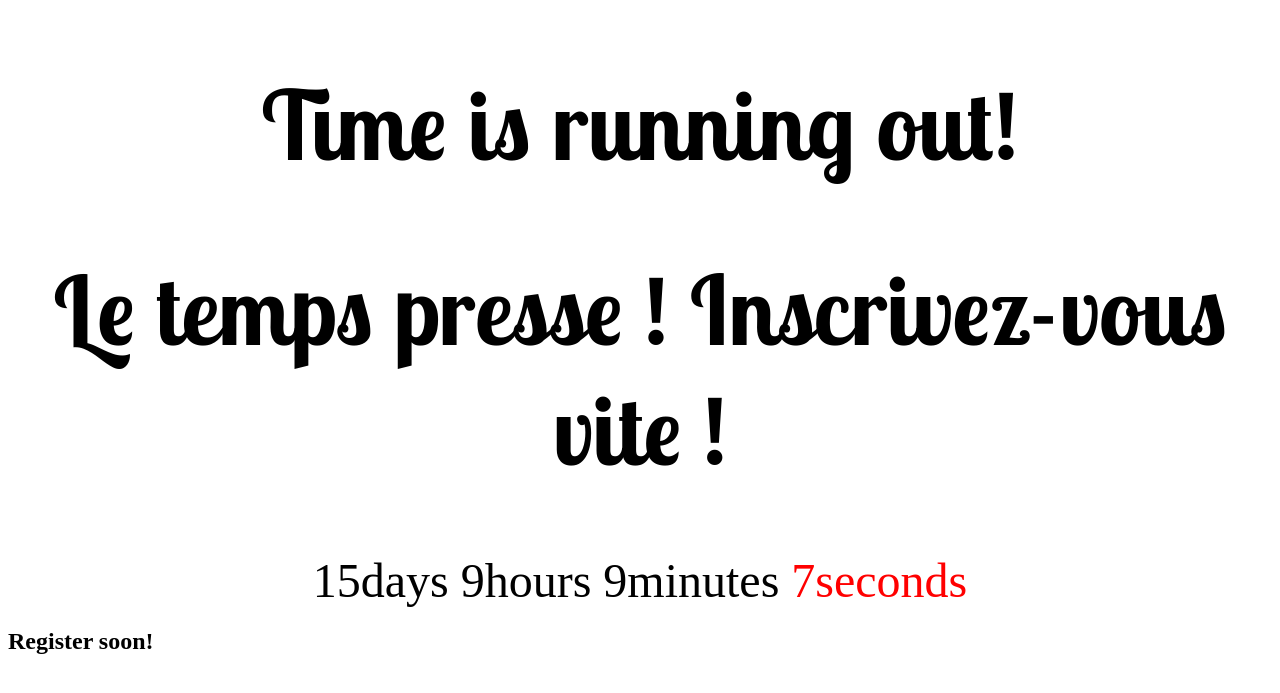
Repository: sinarinzifabrice/Events
Page: index.html
The author's editor kept a copy of each file at every save. The page is drawn from the files as they stood at one save, then again after a run of saves.
The browser window is 1280 px wide. The pictures show the whole page.

Above is the page before, as saved 2024-05-16 18:57:32.

### index.html
<!DOCTYPE html>
<html lang="en">
<head>
  <meta charset="UTF-8">
  <meta name="viewport" content="width=device-width, initial-scale=1.0">
  <link rel="preconnect" href="https://fonts.googleapis.com">
<link rel="preconnect" href="https://fonts.gstatic.com" crossorigin>
<link href="https://fonts.googleapis.com/css2?family=Lobster+Two:ital,wght@0,700;1,700&family=Poppins:wght@300;400;600;700&display=swap" rel="stylesheet">
  <title>Countdown Timer</title>
  <style>
   h1{
      font-family: "Lobster Two", sans-serif;
      font-weight: 400;
      font-style: normal;
   }
    .countdown {
      font-size: 3em;
      text-align: center;
    }
    .red {
      color: red;
    }
  </style>
</head>
<body>

   <div class="countdown">
      <h1>Time is running out! </h1>
      <h1>Le temps presse ! Inscrivez-vous vite !</h1>
   </div>
   <div id="countdown" class="countdown"></div>
   <div>
      <h2>Register soon!</h2>
      <h2></h2>
   </div>



<script>
  // Set the date we're counting down to
  var countDownDate = new Date("May 29, 2024 19:00:00").getTime();

  // Update the countdown every 1 second
  var x = setInterval(function() {

    // Get the current date and time
    var now = new Date().getTime();

    // Calculate the remaining time
    var distance = countDownDate - now;

    // Calculate days, hours, minutes and seconds
    var days = Math.floor(distance / (1000 * 60 * 60 * 24));
    var hours = Math.floor((distance % (1000 * 60 * 60 * 24)) / (1000 * 60 * 60));
    var minutes = Math.floor((distance % (1000 * 60 * 60)) / (1000 * 60));
    var seconds = Math.floor((distance % (1000 * 60)) / 1000);

    // Display the countdown
    document.getElementById("countdown").innerHTML = days + "days " + hours + "hours "
    + minutes + "minutes <span class='red'>" + seconds + "seconds</span>";

    // If the countdown is over, display a message
    if (distance < 0) {
      clearInterval(x);
      document.getElementById("countdown").innerHTML = "EXPIRED";
    }
  }, 1000);
</script>

</body>
</html>

After the next 3 saves:
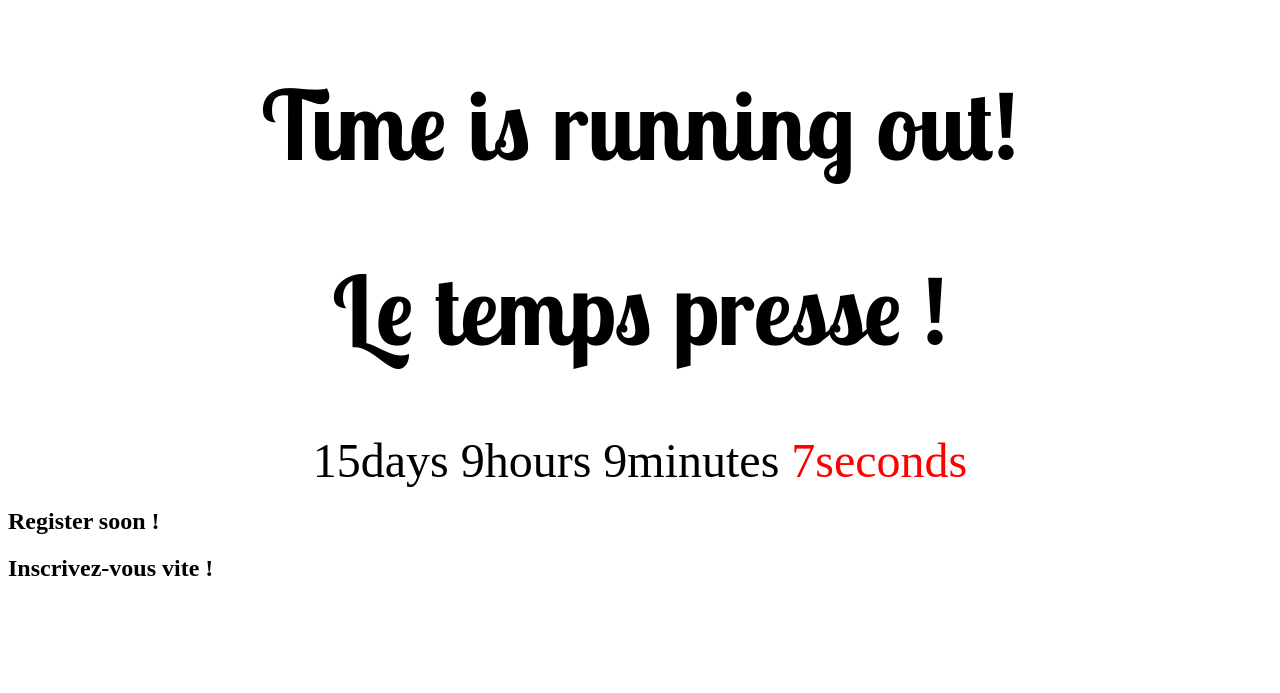
The 3 saves are shown as one change because they came seconds apart.
The last was saved 9 s later.
--- a/index.html
+++ b/index.html
@@ -26,12 +26,12 @@
 
    <div class="countdown">
       <h1>Time is running out! </h1>
-      <h1>Le temps presse ! Inscrivez-vous vite !</h1>
+      <h1>Le temps presse ! </h1>
    </div>
    <div id="countdown" class="countdown"></div>
    <div>
-      <h2>Register soon!</h2>
-      <h2></h2>
+      <h2>Register soon !</h2>
+      <h2>Inscrivez-vous vite !</h2>
    </div>
 
 
